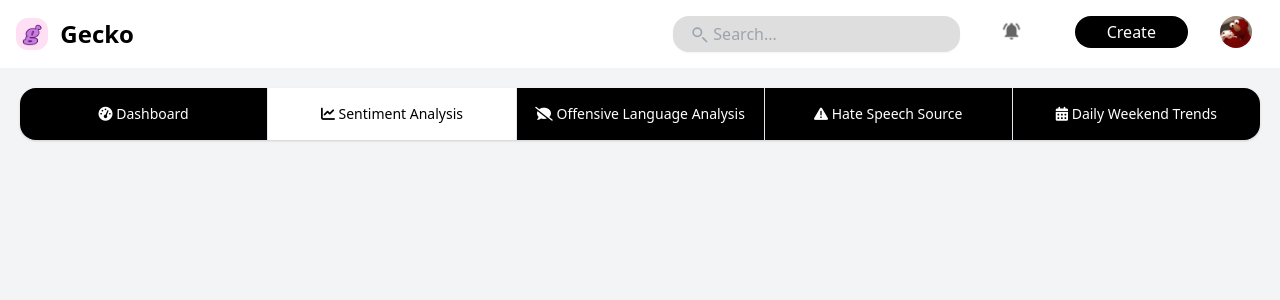
Repository: theamgri/thesis-website-nextjs
Page: sentiment.html
The author's editor kept a copy of each file at every save. The page is drawn from the files as they stood at one save, then again after the next save.
The browser window is 1280 px wide. The pictures show the whole page.

Above is the page before, as saved 2023-10-07 08:55:29.

After the next save:
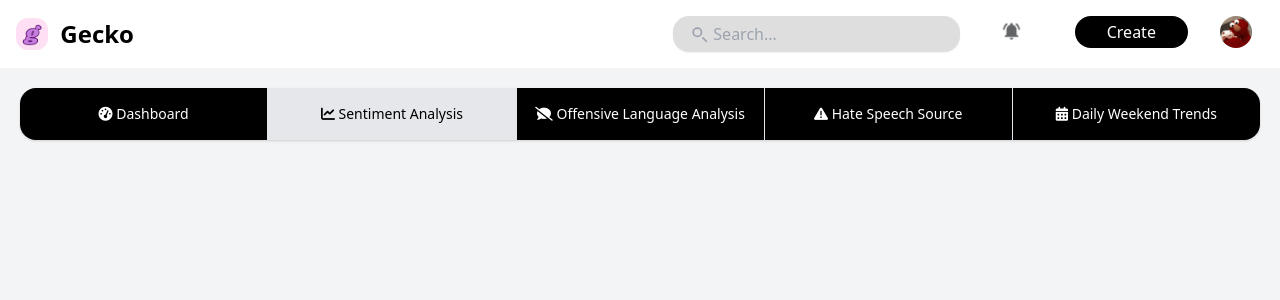
Saved 37 s later.
--- a/sentiment.html
+++ b/sentiment.html
@@ -99,10 +99,11 @@
         </a>
     </li>
     <li class="w-full">
-        <a href="#" class="inline-block font-medium w-full p-4 text-black hover:text-white bg-white focus:ring-4 focus:ring-blue-300 focus:outline-none dark:hover:bg-gray-700">
+        <a href="#" class="inline-block font-medium w-full p-4 text-black bg-gray-200 focus:ring-4 focus:ring-blue-300 focus:outline-none">
             <i class="fas fa-chart-line"></i> Sentiment Analysis
         </a>
     </li>
+
 
     <li class="w-full">
         <a href="#" class="inline-block font-medium w-full p-4 hover:text-white focus:ring-4 focus:ring-blue-300 focus:outline-none dark:hover-bg-gray-700">
